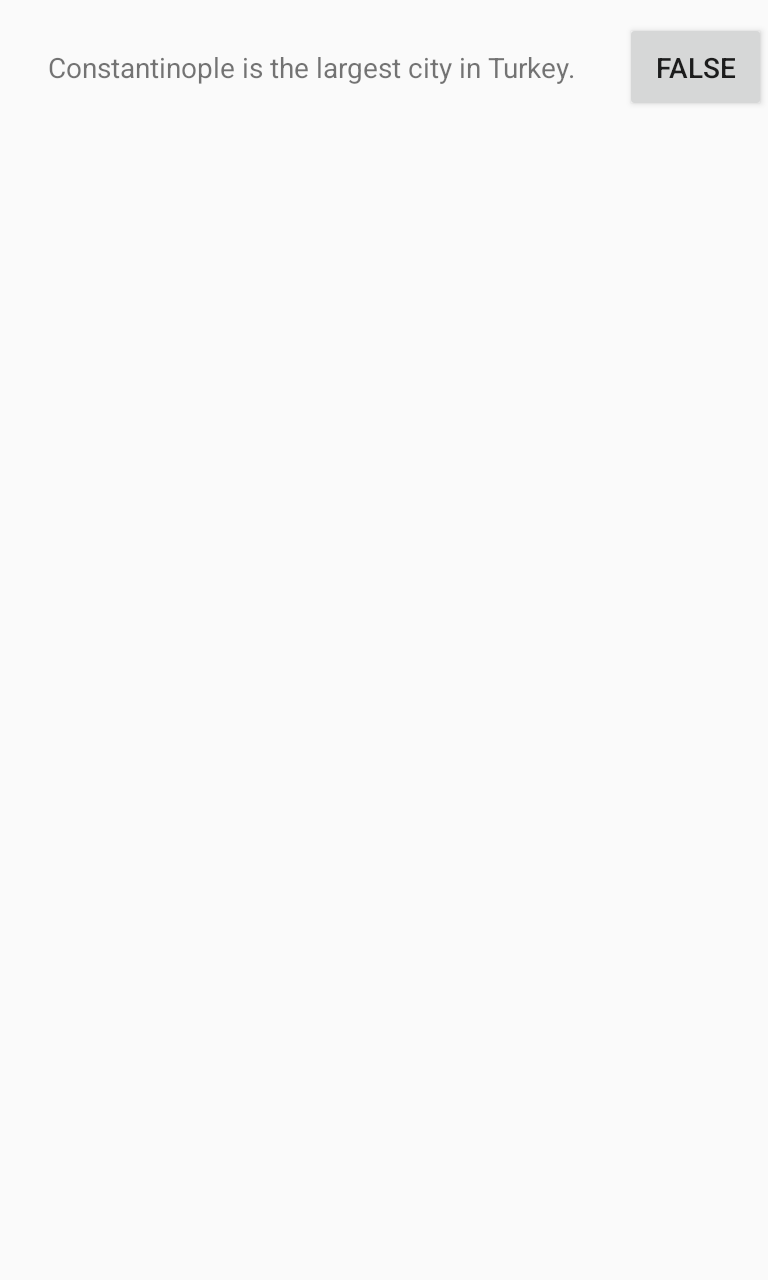
Repository: stoone/android
Layout: GeoQuiz/res/layout/activity_quiz.xml
These files come from the project's save history. The layout is drawn as it stood at one moment and after the next save; the edit follows.
It is drawn on a 768 x 1280 px phone screen (xhdpi) without system bars, with theme AppTheme; the app's code is not run.

Above is the layout before, as saved 2014-08-24 14:12:41.

After the next save:
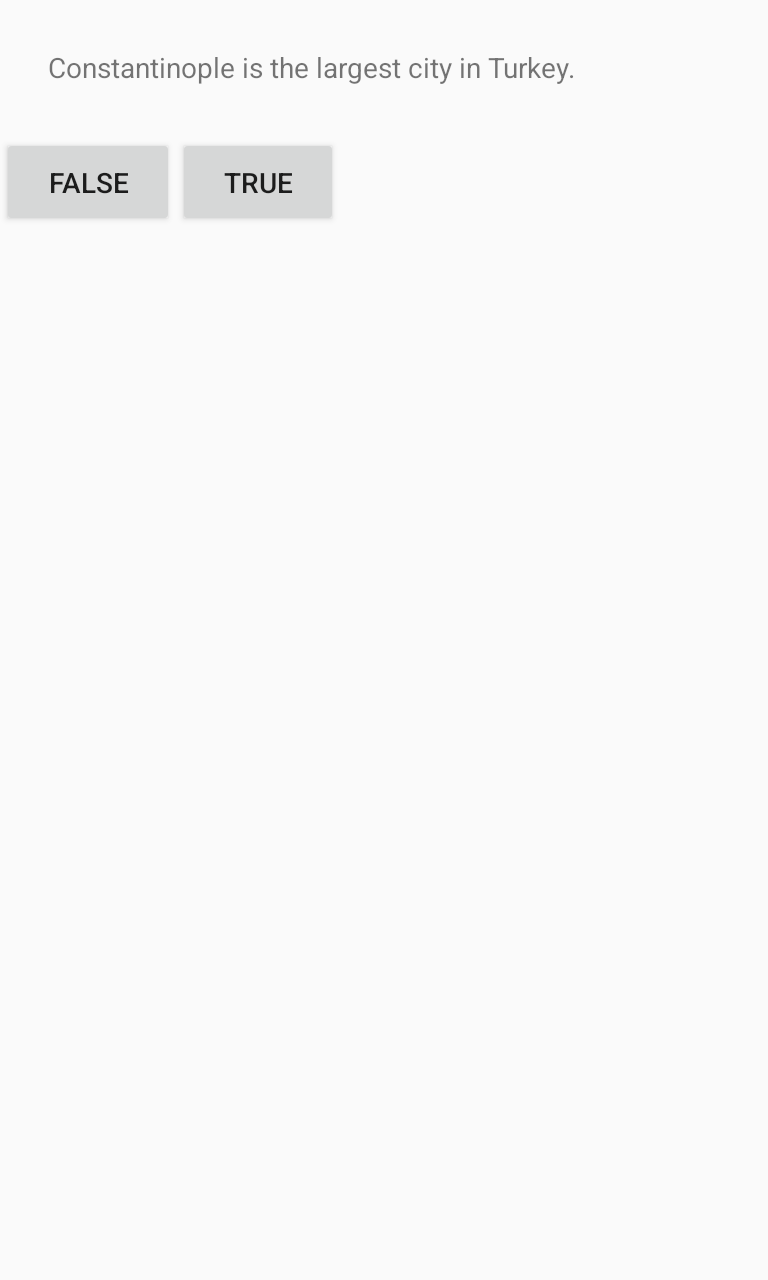
Saved 59 s later.
--- a/GeoQuiz/res/layout/activity_quiz.xml
+++ b/GeoQuiz/res/layout/activity_quiz.xml
@@ -3,11 +3,6 @@
     android:layout_height="match_parent"
     android:layout_gravity="center"
     android:orientation="vertical" >
-
-    <LinearLayout
-        android:layout_width="wrap_content"
-        android:layout_height="wrap_content"
-        android:orientation="horizontal" >
 
 	    <TextView
 	        android:layout_width="wrap_content"
@@ -15,16 +10,21 @@
 	        android:padding="24dp"
 	        android:text="@string/question_text" />
 
-	    <Button
-	        android:id="@+id/false_button"
+	    <LinearLayout
 	        android:layout_width="wrap_content"
 	        android:layout_height="wrap_content"
-	        android:text="@string/false_button" />
+	        android:orientation="horizontal" >
 
-	    <Button
-	        android:id="@+id/true_button"
-	        android:layout_width="82dp"
-	        android:layout_height="wrap_content"
-	        android:text="@string/true_button" />
-    </LinearLayout>
+		    <Button
+		        android:id="@+id/false_button"
+		        android:layout_width="wrap_content"
+		        android:layout_height="wrap_content"
+		        android:text="@string/false_button" />
+
+		    <Button
+		        android:id="@+id/true_button"
+		        android:layout_width="82dp"
+		        android:layout_height="wrap_content"
+		        android:text="@string/true_button" />
+    	</LinearLayout>
 </LinearLayout>
